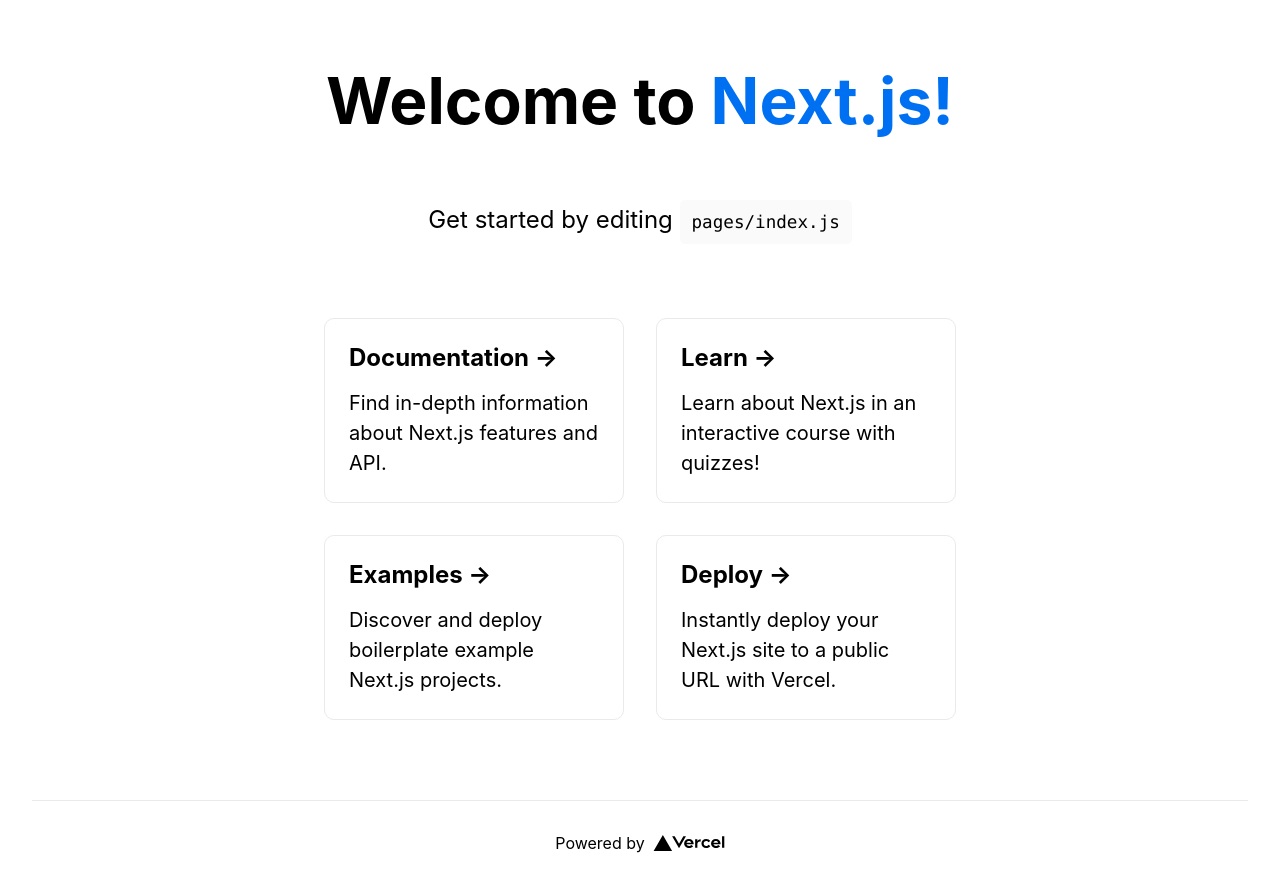
Repository: neomort/CL-portfolio-site
Page: /
An editor plug-in stored every save of this project. The page is shown before and after the next save, followed by the edit.
The browser window is 1280 px wide. The pictures show the whole page.
The project was rebuilt for these pictures with package versions that can differ from the ones it lists, and the page was loaded fresh each time. The framework's server and built-in components were replaced by stand-ins that run in the browser. Also part of the build but not shown: next.config.js.

Above is the page before, as saved 2021-12-08 16:29:11.

After the next save:
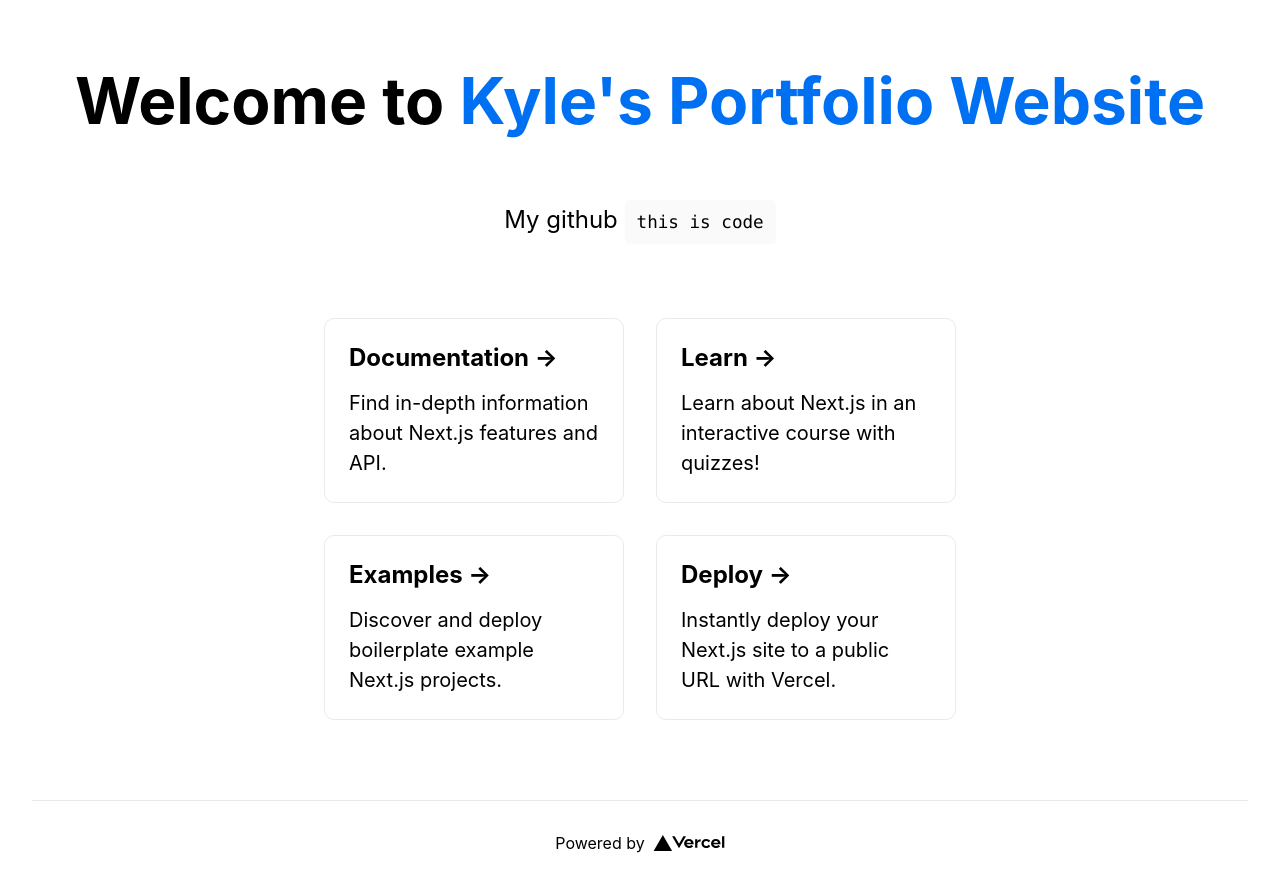
Saved 5 days later.
--- a/pages/index.js
+++ b/pages/index.js
@@ -13,12 +13,12 @@
 
       <main className={styles.main}>
         <h1 className={styles.title}>
-          Welcome to <a href="https://nextjs.org">Next.js!</a>
+          Welcome to <a href="https://github.com/neomort">Kyle's Portfolio Website</a>
         </h1>
 
         <p className={styles.description}>
-          Get started by editing{' '}
-          <code className={styles.code}>pages/index.js</code>
+          My github{' '}
+          <code className={styles.code}>this is code</code>
         </p>
 
         <div className={styles.grid}>
